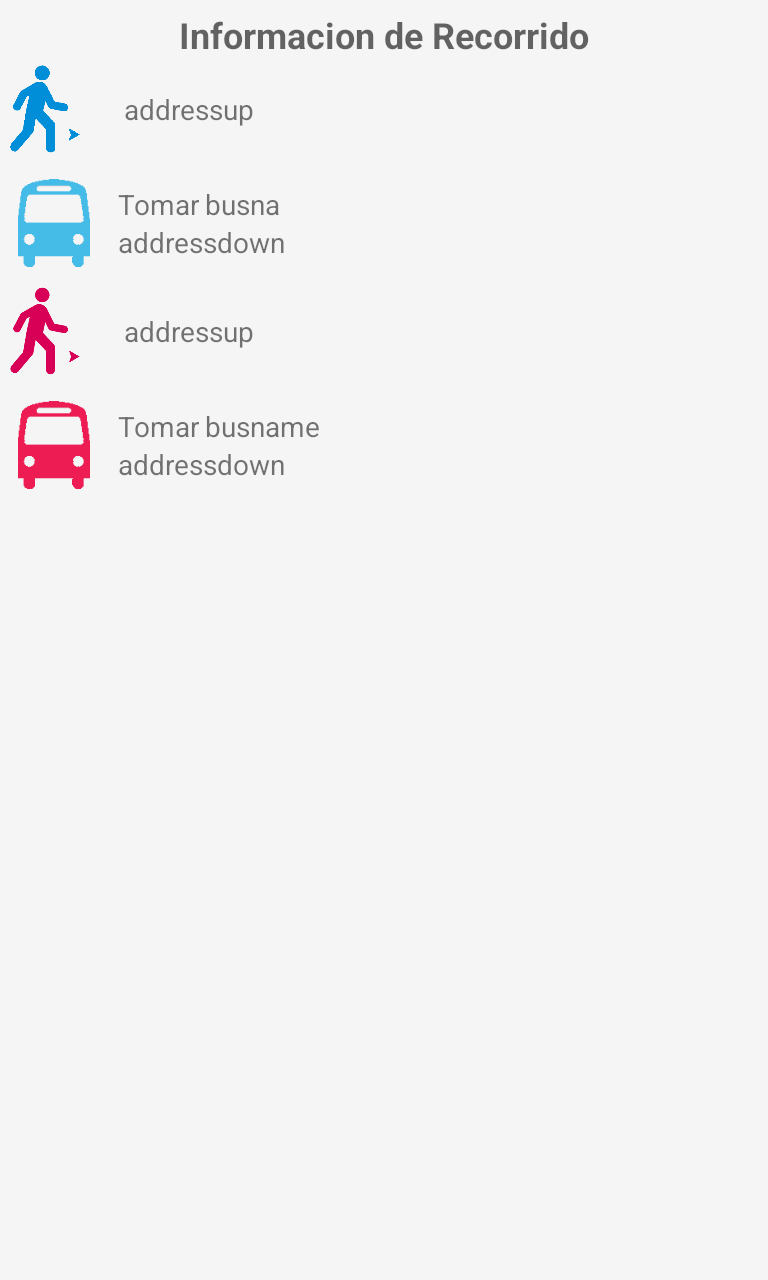
Repository: cooliopas/MyBus
Layout: MyBusAndroid/res/layout/fragdialog_infotextcompound.xml
The author's editor kept a copy of each file at every save. The layout is drawn from the files as they stood at one save, then again after the next save.
It is drawn on a 768 x 1280 px phone screen (xhdpi) without system bars, with theme AppTheme; the app's code is not run.

Above is the layout before, as saved 2014-09-01 01:49:33.

After the next save:
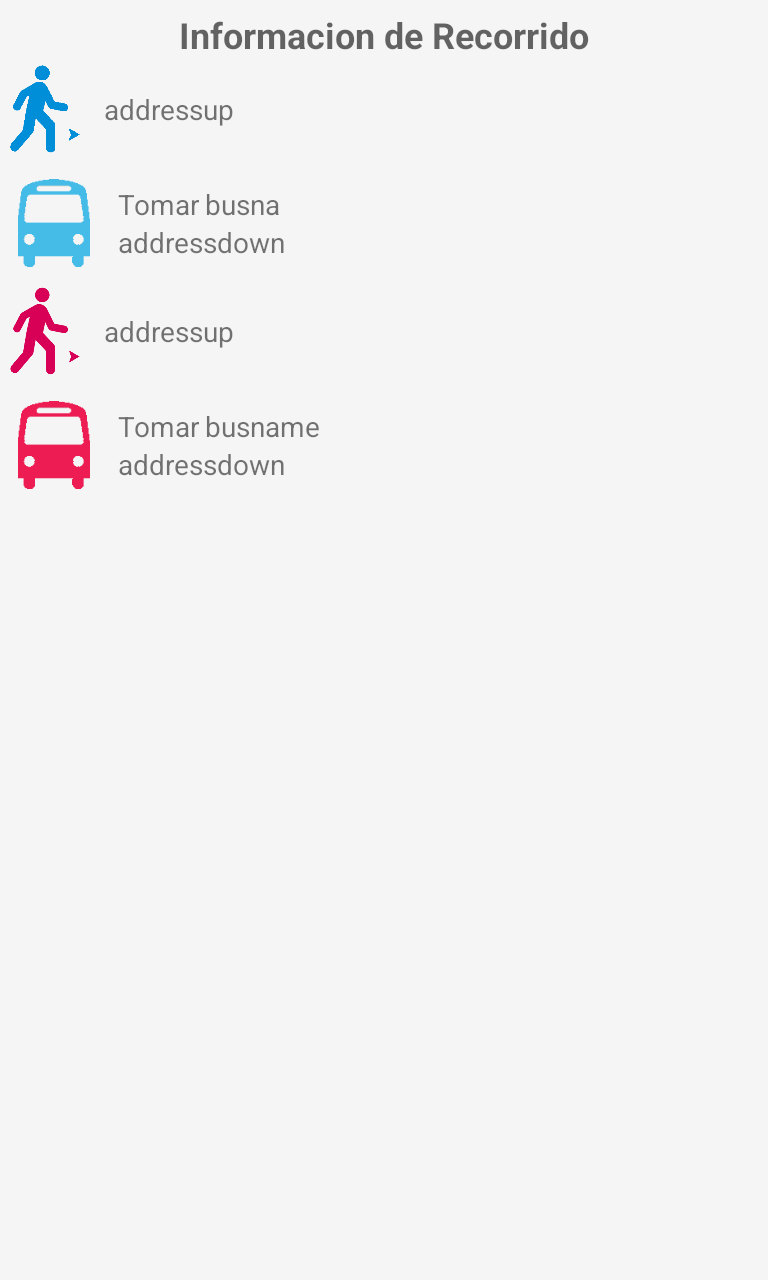
Saved 3 min 21 s later.
--- a/MyBusAndroid/res/layout/fragdialog_infotextcompound.xml
+++ b/MyBusAndroid/res/layout/fragdialog_infotextcompound.xml
@@ -42,8 +42,7 @@
             <LinearLayout
                 android:layout_width="match_parent"
                 android:layout_height="match_parent"
-                android:gravity="center|left"
-                android:padding="10dp" >
+                android:gravity="center|left" >
 
                 <TextView
                     android:id="@+id/tv_upbus1"
@@ -125,8 +124,7 @@
             <LinearLayout
                 android:layout_width="match_parent"
                 android:layout_height="match_parent"
-                android:gravity="center|left"
-                android:padding="10dp" >
+                android:gravity="center|left" >
 
                 <TextView
                     android:id="@+id/tv_upbus2"
